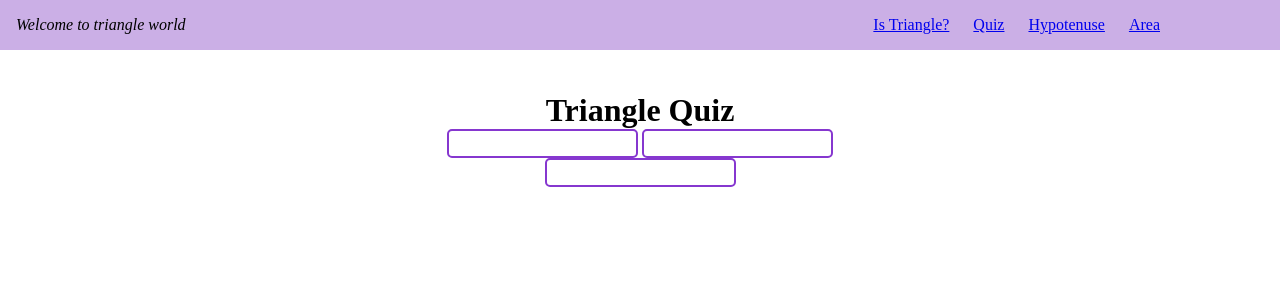
Repository: patelamancode/Fun-with-trianles
Page: quiz.html
The author's editor kept a copy of each file at every save. The page is drawn from the files as they stood at one save, then again after the next save.
The browser window is 1280 px wide. The pictures show the whole page.

Above is the page before, as saved 2022-11-28 18:52:23.
Console error: TypeError: Cannot read properties of null (reading 'addEventListener')

After the next save:
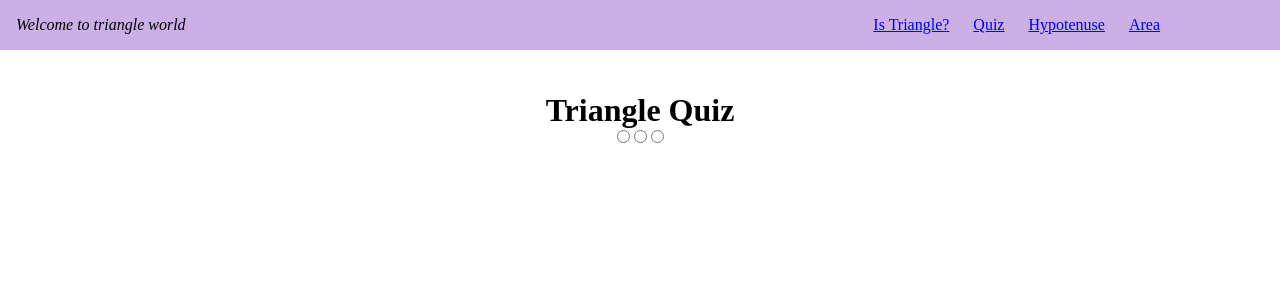
Saved 32 s later.
--- a/quiz.html
+++ b/quiz.html
@@ -22,9 +22,9 @@
         <form >
             <div>
                 <p></p>
-                <input type="text">
-                <input type="text">
-                <input type="text">
+                <input type="radio">
+                <input type="radio">
+                <input type="radio">
             </div>
         </form>
     </div>
